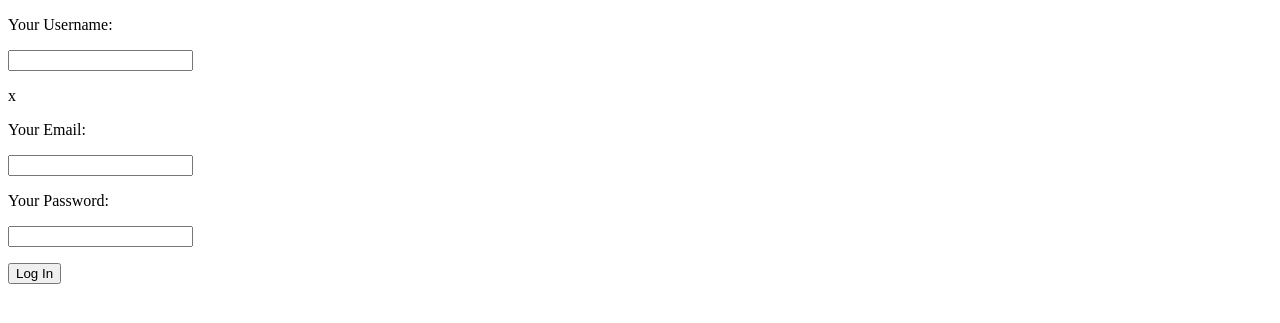
Repository: NicholasTsang/Mulesoft-playing-around
Page: workspace/database/src/main/html-app/Features/DataEntry.html
An editor plug-in stored every save of this project. The page is shown before and after the next save, followed by the edit.
The browser window is 1280 px wide. The pictures show the whole page.

Above is the page before, as saved 2018-03-06 10:40:30.

After the next save:
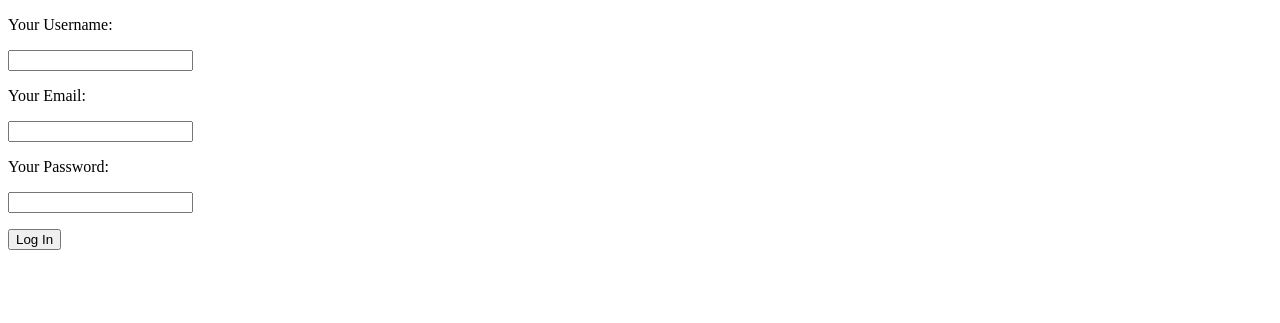
Saved 36 s later.
--- a/workspace/database/src/main/html-app/Features/DataEntry.html
+++ b/workspace/database/src/main/html-app/Features/DataEntry.html
@@ -12,11 +12,14 @@
    <form method="post" action="">
 
      <p><label for="username">Your Username:</label> <div>
-     <input type="text" id="username" name="username" /> </div></p> x
+     <input type="text" id="username" name="username" /> </div> </p>
+
      <p><label for="username">Your Email:</label>
      <div> <input type="text" id="email" name="email" /> </div> </p>
+
      <p><label for="password">Your Password:</label>
      <div> <input type="password" id="password" name="password" /> </div> </p>
+
      <p><input type="submit" name="login" value="Log In" /></p>
 
    </form>
